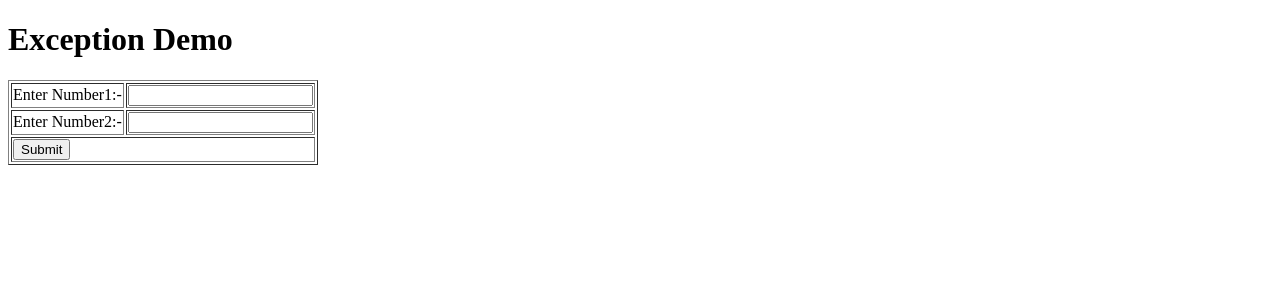
Repository: Mali-Sagar-A/Advance_Web_Java
Page: http://localhost/DivideJsp/ExceptionDemo.jsp
An editor plug-in stored every save of this project. The page is shown before and after the next save, followed by the edit.
The browser window is 1280 px wide. The pictures show the whole page.
The page is served by Tomcat 9.

Above is the page before, as saved 2025-05-20 08:37:07.

After the next save:
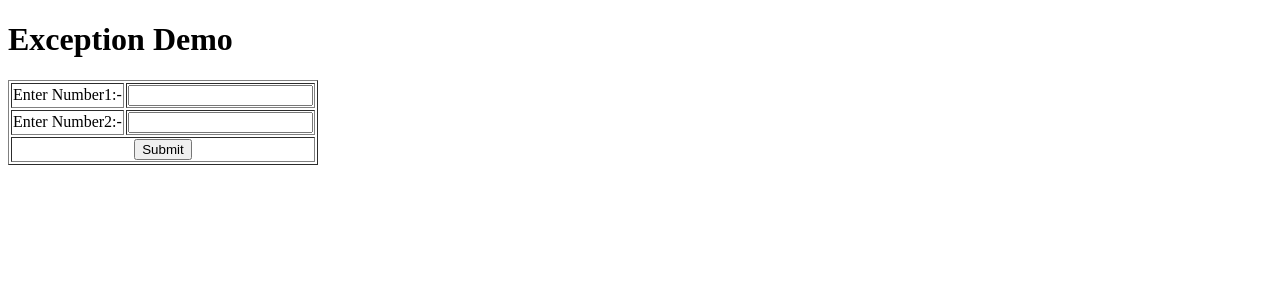
Saved 2 min 30 s later.
--- a/DivideJsp/src/main/webapp/ExceptionDemo.jsp
+++ b/DivideJsp/src/main/webapp/ExceptionDemo.jsp
@@ -20,7 +20,7 @@
 <td><input type="text" name="num2" ></td>
 </tr>
 <tr>
-<td colspan="2"><input type="submit" name="Submit" value="Submit"></td>
+<td colspan="2" style="text-align:center"><input type="submit" name="Submit" value="Submit"></td>
 </tr>
 
 </table>
